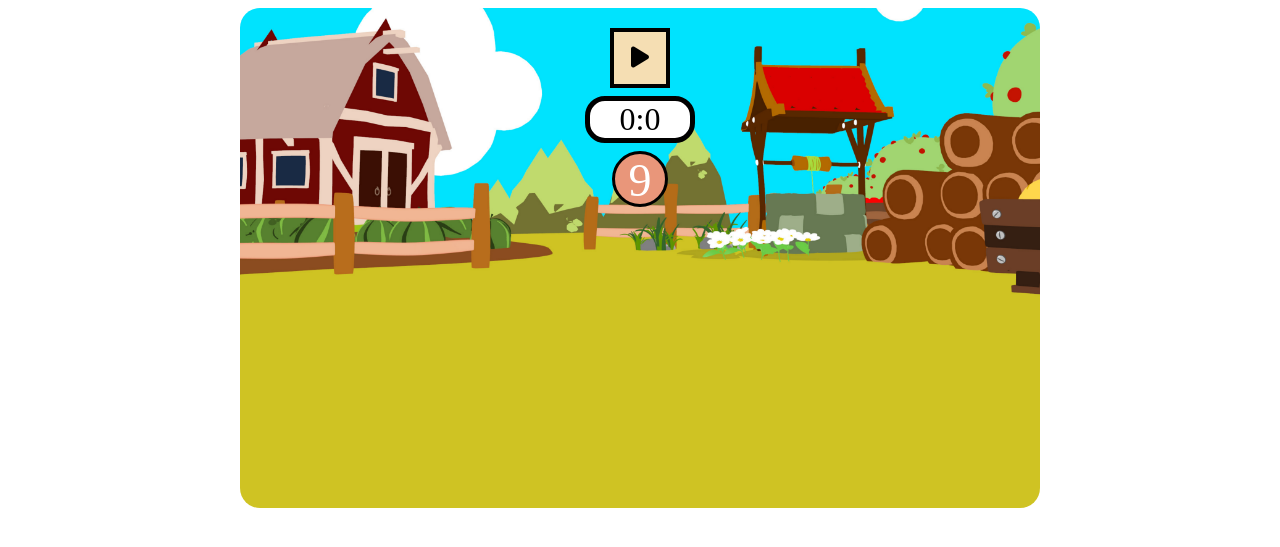
Repository: yoon-dh/JS_Prac
Page: carrot_game/index.html
An editor plug-in stored every save of this project. The page is shown before and after the next save, followed by the edit.
The browser window is 1280 px wide. The pictures show the whole page.
Some web libraries are served in a nearby version.

Above is the page before, as saved 2023-06-23 23:52:21.
Console error: ReferenceError: randomNumber is not defined

### carrot_game/index.html
<!DOCTYPE html>
<html lang="en">
  <head>
    <meta charset="UTF-8" />
    <meta http-equiv="X-UA-Compatible" content="IE=edge" />
    <meta name="viewport" content="width=device-width, initial-scale=1.0" />
    <link rel="stylesheet" href="style.css" />
    <script src="main.js" defer></script>
    <script
      src="https://kit.fontawesome.com/c0bdee06fd.js"
      crossorigin="anonymous"
    ></script>
    <link
      href="https://cdnjs.cloudflare.com/ajax/libs/font-awesome/6.4.0/css/all.min.css"
      rel="stylesheet"
    />
    <title>Carrot Game</title>
  </head>
  <body>
    <section class="game">
      <header class="game__header">
        <button class="game__button">
          <i class="fa-solid fa-play"></i>
        </button>
        <span class="game__tiemr">0:0</span>
        <span class="game__score">9</span>
      </header>
      <section class="game__field"></section>
    </section>
    <section class="pop-up pop-up--hide">
      <button class="pop-up__refresh">
        <i class="fas fa-regular fa-rotate-right"></i>
      </button>
      <span class="pop-up__message">Hello</span>
    </section>
  </body>
</html>

### carrot_game/style.css
button {
  border: none;
  outline: none;
  cursor: pointer;
}

body {
  text-align: center;
}

.game {
  width: 800px;
  height: 500px;
  background: url(img/background.png) center/cover;
  display: flex;
  flex-direction: column;
  margin: auto;
  border-radius: 20px;
}

.game__header {
  display: flex;
  flex-direction: column;
  padding: 20px;
  align-items: center;
}

.game__button {
  width: 60px;
  height: 60px;
  background-color: wheat;
  border: 4px solid black;
  font-size: 24px;
  transition: transform 300ms ease-in;
}

.game__button:hover {
  transform: scale(1.1);
}

.game__tiemr {
  width: 100px;
  background-color: white;
  text-align: center;
  border: 5px solid black;
  font-size: 32px;
  margin-top: 8px;
  border-radius: 20px;
}

.game__score {
  width: 50px;
  height: 50px;
  margin-top: 8px;
  font-size: 46px;
  background-color: darksalmon;
  color: white;
  border-radius: 50%;
  border: 3px solid black;
  text-align: center;
}

.game__field {
  width: 100%;
  height: 100%;
  margin-top: 40px;
  /* opacity: 0.4; */
}

/* pop-up */

.pop-up {
  width: 400px;
  height: 140px;
  padding: 20px;
  margin: auto;
  background-color: #00000090;
  color: white;
  text-align: center;
  transform: translateY(-150%);
  border-radius: 20px;
}

.pop-up--hide {
  display: none;
}

.pop-up__refresh {
  width: 60px;
  height: 60px;
  font-size: 24px;
  background-color: wheat;
  border: 2px solid black;
  border-radius: 50%;
}

.pop-up__message {
  display: block;
  font-size: 38px;
}

### carrot_game/main.js
"use strict";

// carrot & bug random position

const field = document.querySelector(".game__field");
const fieldRect = field.getBoundingClientRect();

function initGame() {
  addItem("carrot", 5, "img/carrot.png");
  addItem("bug", 5, "img/bug.png");
}

function addItem(className, count, imgPath) {
  const x1 = 0;
  const y1 = 0;
  const x2 = fieldRect.width;
  const y2 = fieldRect.height;

  for (let i = 0; i < count; i++) {
    const item = document.createElement("img");
    item.setAttribute("class", className);
    item.setAttribute("src", imgPath);
    item.style.position = "absolute";
    const x = randomNumber(x1, x2);
    const y = randomNumber(y1, y2);
    item.style.left = `${x}px`;
    item.style.top = `${y}px`;
    field.appendChild(item);
  }
}

initGame();
// const gameField = document.querySelector(".game__field");
// const gameBtn = document.querySelector(".game__button");

// function addCarrot() {
//   const carrot = document.createElement("img");
//   carrot.setAttribute("src", "img/carrot.png");
//   carrot.setAttribute("alt", "carrot");
//   carrot.style.position = "absolute";
//   carrot.style.left = `${Math.random() * (gameField.offsetWidth - 80)}px`;
//   carrot.style.top = `${Math.random() * (gameField.offsetHeight - 80) + 250}px`;
//   gameField.appendChild(carrot);
// }

// function addBug() {
//   const bug = document.createElement("img");
//   bug.setAttribute("src", "img/bug.png");
//   bug.setAttribute("alt", "bug");
//   bug.style.position = "absolute";
//   bug.style.left = `${Math.random() * (gameField.offsetWidth - 50)}px`;
//   bug.style.top = `${Math.random() * (gameField.offsetHeight - 50) + 250}px`;
//   gameField.appendChild(bug);
// }

// gameBtn.addEventListener("click", () => {
//   for (let i = 0; i < 10; i++) {
//     addCarrot();
//     addBug();
//   }
// });

After the next save:
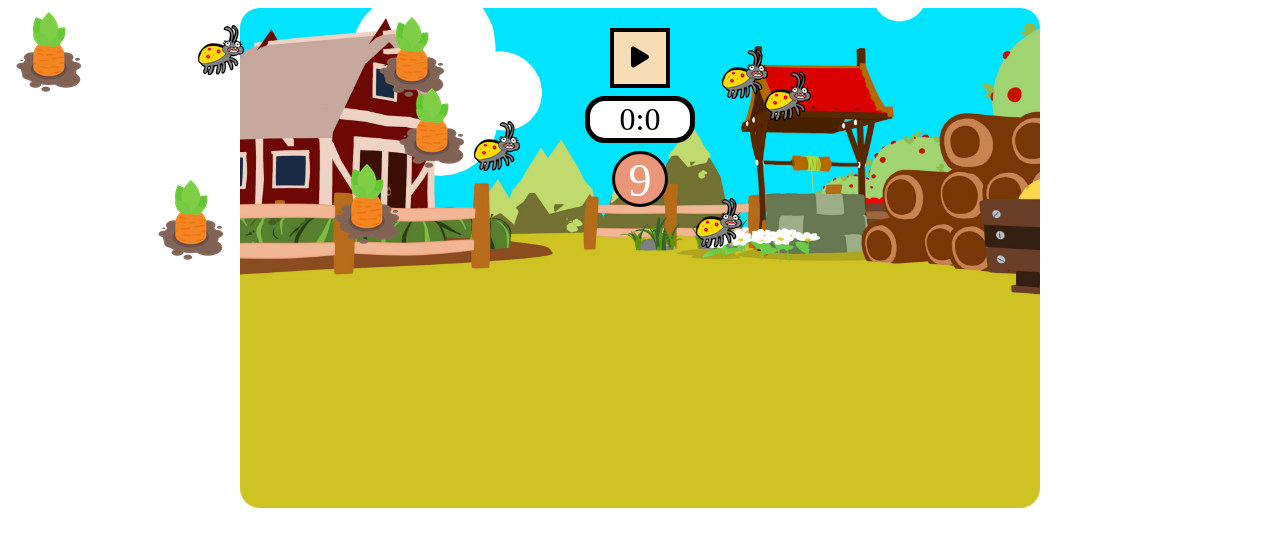
The error is gone.
Saved 88 s later.
--- a/carrot_game/main.js
+++ b/carrot_game/main.js
@@ -27,6 +27,10 @@ function addItem(className, count, imgPath) {
     item.style.top = `${y}px`;
     field.appendChild(item);
   }
+}
+
+function randomNumber(min, max) {
+  return Math.random() * (max - min) + min;
 }
 
 initGame();
